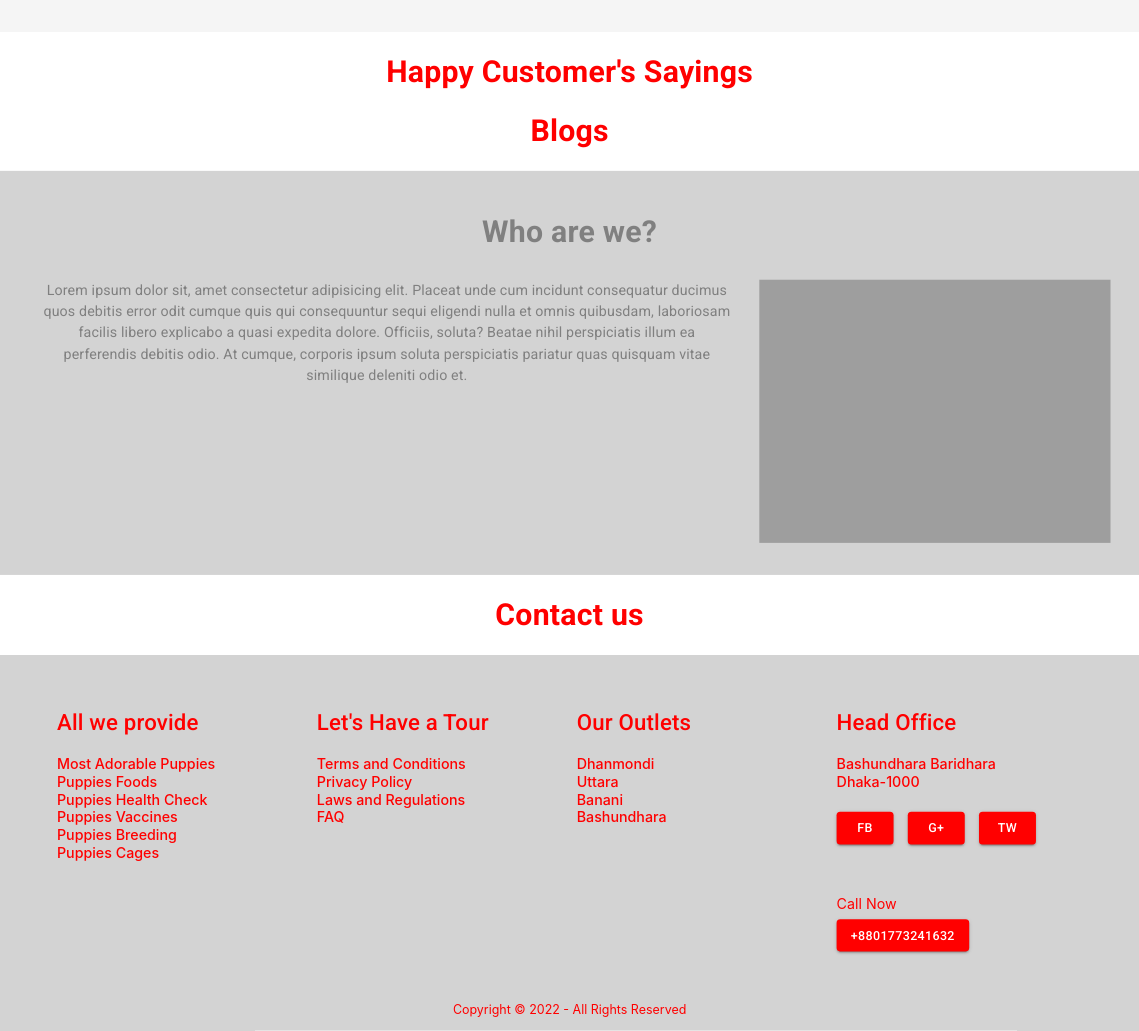
Repository: Sharif-00112/dogos-paradise-client
Page: /
The author's editor kept a copy of each file at every save. The page is drawn from the files as they stood at one save, then again after the next save.
The browser window is 1280 px wide. The pictures show the part of the page from y = 1582 to 2740 px (the page is 2740 px tall), at 89% of full size.
Pictures or frames that could not be fetched are drawn as grey boxes. The page's requests for data from a server got no answer. The project was rebuilt for these pictures with package versions that can differ from the ones it lists, and the page was loaded fresh each time. Some packages were replaced by stand-ins written for this rebuild. No one was signed in, and anything a server would have sent is missing. Also part of the build but not shown: src/Pages/Home/Dog/Dog.js, src/Pages/Login/Login/Login.js, src/Pages/Login/Register/Register.js, src/Pages/NotFound/NotFound.js.

Above is the page before, as saved 2022-12-05 22:35:10.

### public/index.html
<!DOCTYPE html>
<html lang="en">
  <head>
    <meta charset="utf-8" />
    <link rel="icon" href="%PUBLIC_URL%/favicon.ico" />
    <meta name="viewport" content="width=device-width, initial-scale=1" />
    <meta name="theme-color" content="#000000" />
    <meta
      name="description"
      content="Web site created using create-react-app"
    />
    <link
      rel="stylesheet" href="https://fonts.googleapis.com/css?family=Roboto:300,400,500,700&display=swap"
    />

    <link rel="apple-touch-icon" href="%PUBLIC_URL%/logo192.png" />
    <!--
      manifest.json provides metadata used when your web app is installed on a
      user's mobile device or desktop. See https://developers.google.com/web/fundamentals/web-app-manifest/
    -->
    <link rel="manifest" href="%PUBLIC_URL%/manifest.json" />
    <!--
      Notice the use of %PUBLIC_URL% in the tags above.
      It will be replaced with the URL of the `public` folder during the build.
      Only files inside the `public` folder can be referenced from the HTML.

      Unlike "/favicon.ico" or "favicon.ico", "%PUBLIC_URL%/favicon.ico" will
      work correctly both with client-side routing and a non-root public URL.
      Learn how to configure a non-root public URL by running `npm run build`.
    -->
    <title>React App</title>
  </head>
  <body>
    <noscript>You need to enable JavaScript to run this app.</noscript>
    <div id="root"></div>
    <!--
      This HTML file is a template.
      If you open it directly in the browser, you will see an empty page.

      You can add webfonts, meta tags, or analytics to this file.
      The build step will place the bundled scripts into the <body> tag.

      To begin the development, run `npm start` or `yarn start`.
      To create a production bundle, use `npm run build` or `yarn build`.
    -->
  </body>
</html>

### src/App.js
import React  from 'react';
import './App.css';
import { BrowserRouter as Router, Route, Routes} from 'react-router-dom';
import Home from './Pages/Home/Home/Home';
import Login from './Pages/Login/Login/Login';
import Register from './Pages/Login/Register/Register';
import AuthProvider from './contexts/AuthProvider/AuthProvider';
// import PrivateRoute from './Pages/Login/PrivateRoute/PrivateRoute';
import NotFound from './Pages/NotFound/NotFound';
import Contact from './Pages/Home/Contact/Contact';
import Story from './Pages/Home/Story/Story';
import CustomerReviews from './Pages/Home/CustomerReviews/CustomerReviews';
import Blogs from './Pages/Home/Blogs/Blogs';
import About from './Pages/Home/About/About';
import Dogs from './Pages/Home/Dogs/Dogs';
// import Footer from './Pages/Shared/Footer/Footer';
// import Dashboard from './Pages/Dashboard/Dashboard/Dashboard';

function App() {
  return (
    <div className="App">
      <AuthProvider>
        <Router>
          <Routes>
            <Route exact path = '/' element={<Home/>}/>
            <Route exact path = '/home' element={<Home/>}/>
            <Route exact path = '/login' element={<Login/>}/>
            <Route exact path = '/register' element={<Register/>}/>
            <Route exact path = '/contact' element={<Contact/>}/>
            <Route exact path = '/dogs' element={<Dogs/>}/>
            <Route exact path = '/story' element={<Story/>}/>
            <Route exact path = '/reviews' element={<CustomerReviews/>}/>
            <Route exact path = '/blogs' element={<Blogs/>}/>
            <Route exact path = '/about' element={<About/>}/>
            {/* <Route exact path = '/appointment' element = {
              <PrivateRoute>
                <Appointment></Appointment>
              </PrivateRoute>
            }> </Route> */}
            {/* <Route path = 'dashboard/*' element = {
              <PrivateRoute>
                <Dashboard></Dashboard>
              </PrivateRoute>
            }> </Route> */}
            <Route path = '*' element={<NotFound/>}/>
          </Routes>
          {/* <Footer></Footer> */}
        </Router>
      </AuthProvider>
    </div>
  );
}

export default App;

### src/Pages/Home/Home/Home.js
import React from 'react';
import Footer from '../../Shared/Footer/Footer';
import Navigation from '../../Shared/Navigation/Navigation';
import About from '../About/About';
import Banner from '../Banner/Banner';
import Blogs from '../Blogs/Blogs';
import Contact from '../Contact/Contact';
import CustomerReviews from '../CustomerReviews/CustomerReviews';
import Dogs from '../Dogs/Dogs';
import Story from '../Story/Story';

const Home = () => {
    return (
        <div>
            <Navigation></Navigation>
            <Banner></Banner>
            <Dogs></Dogs>
            <Story></Story>
            <CustomerReviews></CustomerReviews>
            <Blogs></Blogs>
            <About></About>
            <Contact></Contact>
            <Footer></Footer>
        </div>
    );
};

export default Home;

### src/contexts/AuthProvider/AuthProvider.js
import React from 'react';
import { createContext } from 'react';
import useFirebase from '../../hooks/useFirebase';

//step-1-context
export const AuthContext = createContext();

const AuthProvider = (props) => {
    //step-3-context
    const {children} = props;

    //step-5-context
    const allContexts = useFirebase();

    return (
        //step-2-context
        <AuthContext.Provider value={allContexts}>
            {children}
        </AuthContext.Provider>
    );
};

export default AuthProvider;

### src/Pages/Home/Contact/Contact.js
import React from 'react';
import { Typography } from '@mui/material';

const Contact = () => {
    return (
        <div>
            <Typography sx={{ m: 3, color: 'red', fontWeight: 600 }} variant="h4" component="div">
                Contact us
            </Typography>
        </div>
    );
};

export default Contact;

### src/Pages/Home/Story/Story.js
import React from 'react';
import { Typography } from '@mui/material';
import Box from '@mui/material/Box';
import Grid from '@mui/material/Unstable_Grid2';


const Story = () => {
    return (
        <Box sx={{backgroundColor:"whitesmoke", p:4}}>
            <Typography sx={{ mt: 2, mb:4, color: 'gray', fontWeight: 600 }} variant="h4" component="div">
                Our Story
            </Typography>
            <Box sx={{ flexGrow: 1 }}>
                <Grid container spacing={2}>
                    <Grid xs={6} md={4}>
                        <img style={{ width: '100%'}} src="https://i.ibb.co/M8w31YS/dog-story.jpg" alt="dog-story" />
                    </Grid>
                    <Grid xs={6} md={8}>
                        <Typography sx={{ mx: 2, color: 'gray', fontWeight: 400 }} variant="body1" component="div">
                            Lorem ipsum dolor sit, amet consectetur adipisicing elit. Placeat unde cum incidunt consequatur ducimus quos debitis error odit cumque quis qui consequuntur sequi eligendi nulla et omnis quibusdam, laboriosam facilis libero explicabo a quasi expedita dolore. Officiis, soluta? Beatae nihil perspiciatis illum ea perferendis debitis odio. At cumque, corporis ipsum soluta perspiciatis pariatur quas quisquam vitae similique deleniti odio et.
                        </Typography>
                    </Grid>
                </Grid>
            </Box>
        </Box>
    );
};

export default Story;

### src/Pages/Home/CustomerReviews/CustomerReviews.js
import React from 'react';
import { Typography } from '@mui/material';


const CustomerReviews = () => {
    return (
        <div>
            <Typography sx={{ m: 3, color: 'red', fontWeight: 600 }} variant="h4" component="div">
                Happy Customer's Sayings
            </Typography>
        </div>
    );
};

export default CustomerReviews;

### src/Pages/Home/Blogs/Blogs.js
import React from 'react';
import { Typography } from '@mui/material';


const Blogs = () => {
    return (
        <div>
            <Typography sx={{ m: 3, color: 'red', fontWeight: 600 }} variant="h4" component="div">
                Blogs
            </Typography>
        </div>
    );
};

export default Blogs;

### src/Pages/Home/About/About.js
import React from 'react';
import { Typography } from '@mui/material';
import Box from '@mui/material/Box';
import Grid from '@mui/material/Unstable_Grid2';

const About = () => {
    return (
        <Box sx={{backgroundColor:"lightgray", p:4}}>
        <Typography sx={{ mt: 2, mb:4, color: 'gray', fontWeight: 600 }} variant="h4" component="div">
            Who are we?
        </Typography>
        <Box sx={{ flexGrow: 1 }}>
            <Grid container spacing={2}>
                <Grid xs={6} md={8}>
                    <Typography sx={{ mx: 2, color: 'gray', fontWeight: 400 }} variant="body1" component="div">
                        Lorem ipsum dolor sit, amet consectetur adipisicing elit. Placeat unde cum incidunt consequatur ducimus quos debitis error odit cumque quis qui consequuntur sequi eligendi nulla et omnis quibusdam, laboriosam facilis libero explicabo a quasi expedita dolore. Officiis, soluta? Beatae nihil perspiciatis illum ea perferendis debitis odio. At cumque, corporis ipsum soluta perspiciatis pariatur quas quisquam vitae similique deleniti odio et.
                    </Typography>
                </Grid>
                <Grid xs={6} md={4}>
                    <img style={{ width: '100%'}} src="https://i.ibb.co/c2xbHpP/dog-about.jpg" alt="dog-story" />
                </Grid>
            </Grid>
        </Box>
    </Box>
    );
};

export default About;

### src/Pages/Home/Dogs/Dogs.js
import React, { useEffect, useState } from 'react';
import Box from '@mui/material/Box';
import Grid from '@mui/material/Unstable_Grid2';
import Typography from '@mui/material/Typography';
import { Container } from '@mui/material';
import Dog from '../Dog/Dog';

// const dogs = [
//     {
//         title: "Siberian Husky",
//         age: '13',
//         breed: 'Mixed',
//         image: 'https://i.ibb.co/VV1yxdy/dog-1.jpg',
//         price: 700,
//         description: 'Lorem ipsum dolor sit amet, consectetur adipisicing elit. Quo, magni ab. Sed aut nesciunt neque laudantium culpa sit? Possimus, id.'
//     },
//     {
//         title: "German Shepherd",
//         age: '8',
//         breed: 'Mixed',
//         image: 'https://i.ibb.co/tZcvfCd/dog-2.jpg',
//         price: 700,
//         description: 'Lorem ipsum dolor sit amet, consectetur adipisicing elit. Quo, magni ab. Sed aut nesciunt neque laudantium culpa sit? Possimus, id.'
//     },
//     {
//         title: "Golden Retriever",
//         age: '5',
//         breed: 'Mixed',
//         image: 'https://i.ibb.co/YPHDzsb/dog-3.jpg',
//         price: 700,
//         description: 'Lorem ipsum dolor sit amet, consectetur adipisicing elit. Quo, magni ab. Sed aut nesciunt neque laudantium culpa sit? Possimus, id.'
//     },
//     {
//         title: "Bulldog",
//         age: '6',
//         breed: 'Mixed',
//         image: 'https://i.ibb.co/bjty4nS/dog-4.jpg',
//         price: 700,
//         description: 'Lorem ipsum dolor sit amet, consectetur adipisicing elit. Quo, magni ab. Sed aut nesciunt neque laudantium culpa sit? Possimus, id.'
//     },
//     {
//         title: "Irish Setter",
//         age: '9',
//         breed: 'Mixed',
//         image: 'https://i.ibb.co/QPSnF0t/dog-5.jpg',
//         price: 700,
//         description: 'Lorem ipsum dolor sit amet, consectetur adipisicing elit. Quo, magni ab. Sed aut nesciunt neque laudantium culpa sit? Possimus, id.'
//     },
//     {
//         title: "Brussels Griffon",
//         age: '4',
//         breed: 'Mixed',
//         image: 'https://i.ibb.co/z5kJHB2/dog-6.jpg',
//         price: 700,
//         description: 'Lorem ipsum dolor sit amet, consectetur adipisicing elit. Quo, magni ab. Sed aut nesciunt neque laudantium culpa sit? Possimus, id.'
//     },
//     {
//         title: "Newfoundland",
//         age: '15',
//         breed: 'Mixed',
//         image: 'https://i.ibb.co/mD4CtfC/dog-7.jpg',
//         price: 700,
//         description: 'Lorem ipsum dolor sit amet, consectetur adipisicing elit. Quo, magni ab. Sed aut nesciunt neque laudantium culpa sit? Possimus, id.'
//     },
//     {
//         title: "French Bulldog",
//         age: '7',
//         breed: 'Mixed',
//         image: 'https://i.ibb.co/PCQT44S/dog-8.jpg',
//         price: 700,
//         description: 'Lorem ipsum dolor sit amet, consectetur adipisicing elit. Quo, magni ab. Sed aut nesciunt neque laudantium culpa sit? Possimus, id.'
//     },
//     {
//         title: "Beagle",
//         age: '12',
//         breed: 'Mixed',
//         image: 'https://i.ibb.co/XLvC5BW/dog-9.jpg',
//         price: 700,
//         description: 'Lorem ipsum dolor sit amet, consectetur adipisicing elit. Quo, magni ab. Sed aut nesciunt neque laudantium culpa sit? Possimus, id.'
//     },
//     {
//         title: "Poodle",
//         age: '15',
//         breed: 'Mixed',
//         image: 'https://i.ibb.co/rxMv41c/dog-10.jpg',
//         price: 700,
//         description: 'Lorem ipsum dolor sit amet, consectetur adipisicing elit. Quo, magni ab. Sed aut nesciunt neque laudantium culpa sit? Possimus, id.'
//     }
// ]

const Dogs = () => {
    const [dogs, setDogs] = useState([]);

    useEffect(() => {
        fetch('http://localhost:3005/dogs')
        .then(res => res.json())
        .then(data => setDogs(data))
    }, []);

    return (
        <div>
            <Box sx={{ flexGrow: 1, backgroundColor:"lightblue", py:4 }}>
                <Container>
                    <Typography sx={{ p:3, color: 'red', fontWeight: 600 }} variant="h4" component="div">
                        Dogs Waiting for you to adapt
                    </Typography>

                    <Grid container spacing={{ xs: 2, md: 3 }} columns={{ xs: 4, sm: 8, md: 12 }}>
                        {
                            dogs.map(dog => (
                                <Grid xs={2} sm={4} md={4} key={dog._id}>
                                    <Dog
                                        key= {dog._id}
                                        dog = {dog}
                                    ></Dog>
                                </Grid>
                            ))
                        }
                    </Grid>
                </Container>
            </Box>
        </div>
    );
};

export default Dogs;

### src/Pages/Home/Banner/Banner.js
import React from 'react';
import { Typography } from '@mui/material';

const Banner = () => {
    return (
        <div>
            {/* <Typography sx={{ m: 3, color: 'red', fontWeight: 600 }} variant="h4" component="div">
                Head Banner
            </Typography> */}
            <img style={{ width: '100%'}} src="https://i.ibb.co/Mnn0NX3/dog-cover-1.jpg" alt="dog-human playing" />
            <Typography sx={{ mt: -25, mb:8, color: 'red', fontWeight: 700 }} variant="h4" component="div">
                Dogs are not only pets;
                <br /> <br />
                They are "L O V E"
            </Typography>
        </div>
    );
};

export default Banner;

### src/hooks/useAuth.js
//step-6-context

import { useContext } from "react"
import { AuthContext } from "../../src/contexts/AuthProvider/AuthProvider"

const useAuth = () =>{
    return useContext(AuthContext);
}

export default useAuth;

### src/Pages/Login/Firebase/firebase.initialize.js
import { initializeApp } from "firebase/app";
import firebaseConfig from "./firebase.config";

const initializeAuthentication = () =>{
    initializeApp(firebaseConfig);
}

export default initializeAuthentication;

### src/Pages/Login/Firebase/firebase.config.js
// console.log(process.env);

const firebaseConfig = {
  apiKey: process.env.REACT_APP_FIREBASE_API_KEY,
  authDomain: process.env.REACT_APP_FIREBASE_AUTH_DOMAIN,
  projectId: process.env.REACT_APP_FIREBASE_PROJECT_ID,
  storageBucket: process.env.REACT_APP_FIREBASE_STORAGE_BUCKET,
  messagingSenderId: process.env.REACT_APP_FIREBASE_MESSAGING_SENDER_ID,
  appId: process.env.REACT_APP_FIREBASE_APP_ID,
  measurementId: process.env.REACT_APP_FIREBASE_MEASUREMENT_ID
};

export default firebaseConfig;

// .env.local
// REACT_APP_FIREBASE_API_KEY=AIzaSyCGaQ8G2l5KeOKX4bAJ7MC19oWW_2vnTNQ
// REACT_APP_FIREBASE_AUTH_DOMAIN=dogos-paradise.firebaseapp.com
// REACT_APP_FIREBASE_PROJECT_ID=dogos-paradise
// REACT_APP_FIREBASE_STORAGE_BUCKET=dogos-paradise.appspot.com
// REACT_APP_FIREBASE_MESSAGING_SENDER_ID=824394057307
// REACT_APP_FIREBASE_APP_ID=1:824394057307:web:727ac0c86627b9544a617e
// REACT_APP_FIREBASE_MEASUREMENT_ID=G-DL8JJ6MYSD

// const firebaseConfig = {
  // apiKey: "AIzaSyCGaQ8G2l5KeOKX4bAJ7MC19oWW_2vnTNQ",
  // authDomain: "dogos-paradise.firebaseapp.com",
  // projectId: "dogos-paradise",
  // storageBucket: "dogos-paradise.appspot.com",
  // messagingSenderId: "824394057307",
  // appId: "1:824394057307:web:727ac0c86627b9544a617e",
  // measurementId: "G-DL8JJ6MYSD"
// };

Loaded but not shown: src/index.js (common file); src/index.css (common file); src/reportWebVitals.js (common file); src/App.css (common file); src/Pages/Shared/Navigation/Navigation.js (229 lines, source omitted); src/hooks/useFirebase.js (273 lines, source omitted); src/Pages/Shared/Footer/Footer.js (156 lines, source omitted)

After the next save:
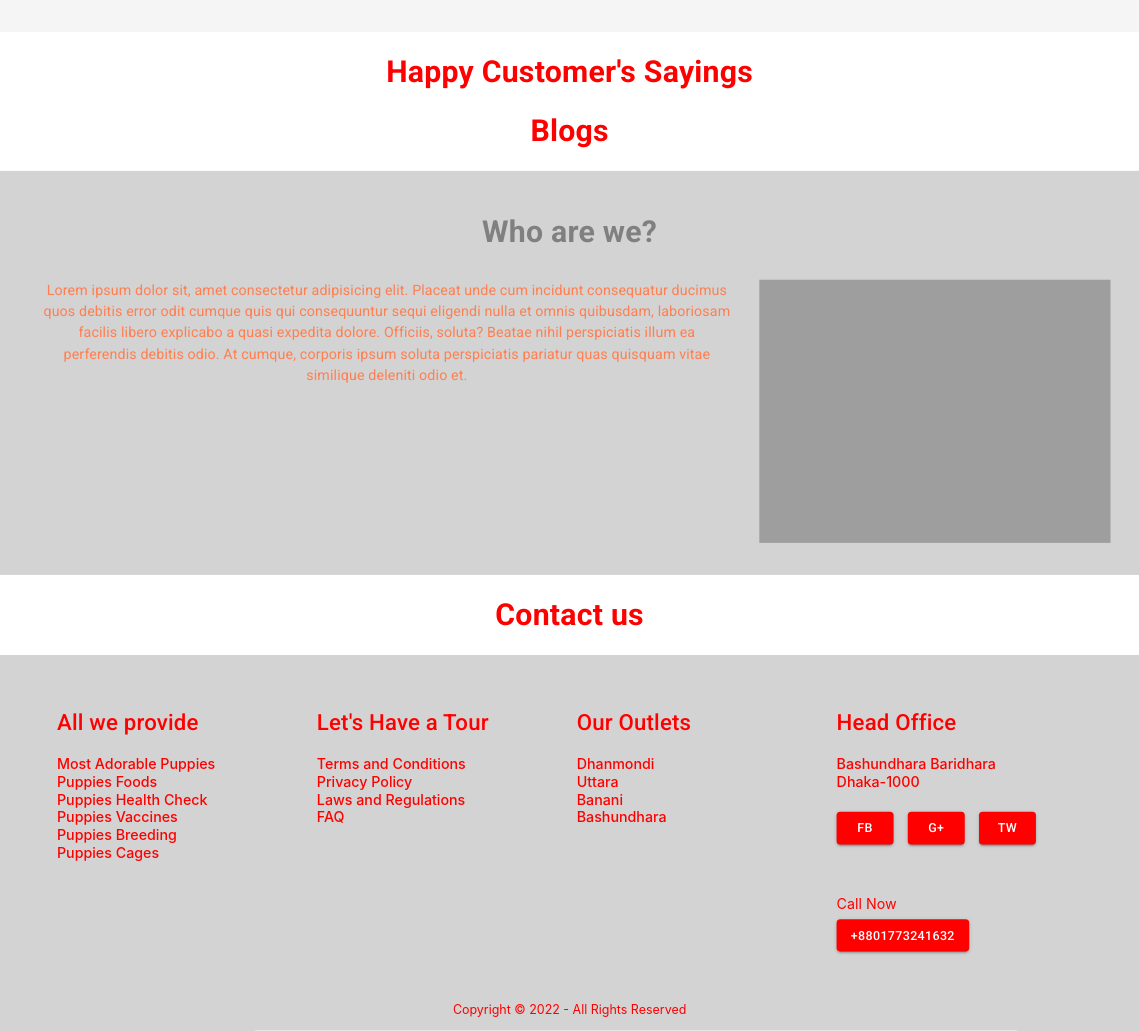
Saved 14 s later.
--- a/src/Pages/Home/About/About.js
+++ b/src/Pages/Home/About/About.js
@@ -12,7 +12,7 @@ const About = () => {
         <Box sx={{ flexGrow: 1 }}>
             <Grid container spacing={2}>
                 <Grid xs={6} md={8}>
-                    <Typography sx={{ mx: 2, color: 'gray', fontWeight: 400 }} variant="body1" component="div">
+                    <Typography sx={{ mx: 2, color: 'coral', fontWeight: 400 }} variant="body1" component="div">
                         Lorem ipsum dolor sit, amet consectetur adipisicing elit. Placeat unde cum incidunt consequatur ducimus quos debitis error odit cumque quis qui consequuntur sequi eligendi nulla et omnis quibusdam, laboriosam facilis libero explicabo a quasi expedita dolore. Officiis, soluta? Beatae nihil perspiciatis illum ea perferendis debitis odio. At cumque, corporis ipsum soluta perspiciatis pariatur quas quisquam vitae similique deleniti odio et.
                     </Typography>
                 </Grid>
